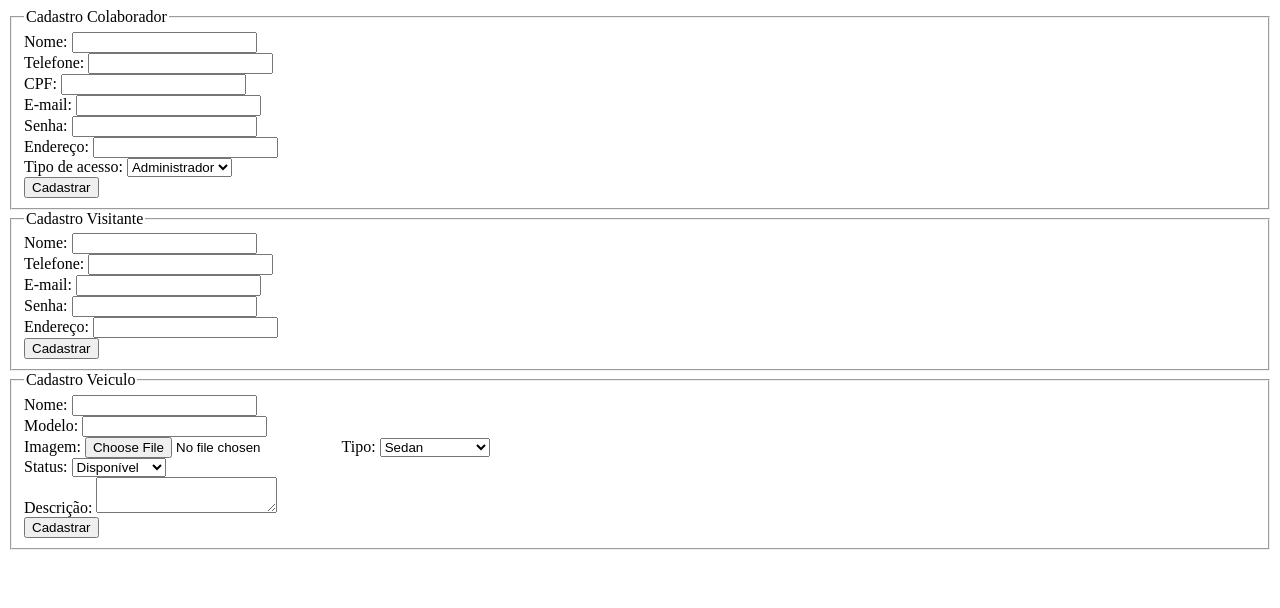
Repository: tdex/cmproject
Page: http://localhost/cmproject/
The author's editor kept a copy of each file at every save. The page is drawn from the files as they stood at one save, then again after the next save.
The browser window is 1280 px wide. The pictures show the whole page.
The page is served by Tomcat 9.

Above is the page before, as saved 2015-06-16 16:57:32.

After the next save:
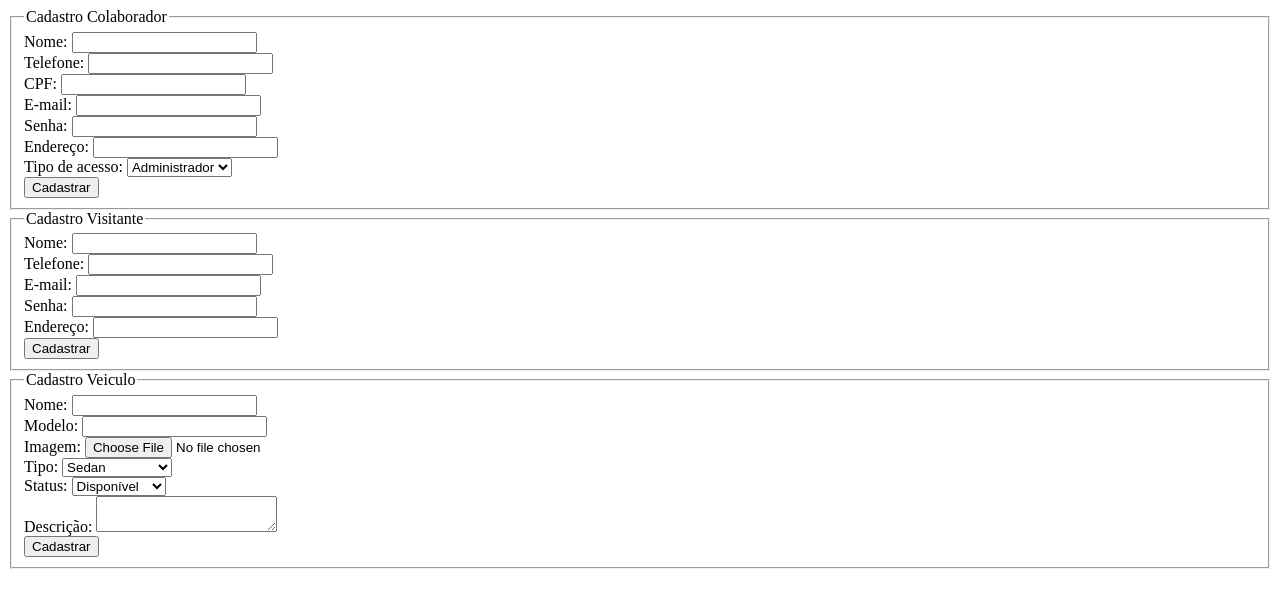
Saved 26 s later.
--- a/codigo/cmproject/cmproject/WebContent/index.jsp
+++ b/codigo/cmproject/cmproject/WebContent/index.jsp
@@ -43,7 +43,7 @@
 			<legend>Cadastro Veiculo</legend>
 			<label>Nome: <input type="text" required name="nome"></label><br>
 			<label>Modelo: <input type="text" required name="modelo"></label><br>
-			<label>Imagem: <input type="file" required></label>
+			<label>Imagem: <input type="file" required></label><br>
 			<label>Tipo:
 				<select name="tipo">
 					<optgroup label="Carro">
